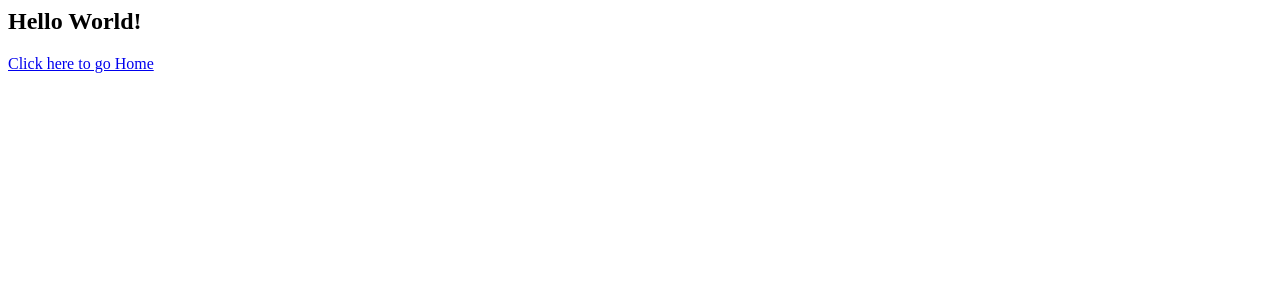
Repository: Adwait2503/Java-Codes
Page: http://localhost/springmvc/
These files come from the project's save history. The page is drawn as it stood at one moment and after the next save; the edit follows.
The browser window is 1280 px wide. The pictures show the whole page.
The page is served by Tomcat 9.

Above is the page before, as saved 2022-01-06 07:31:03.

After the next save:
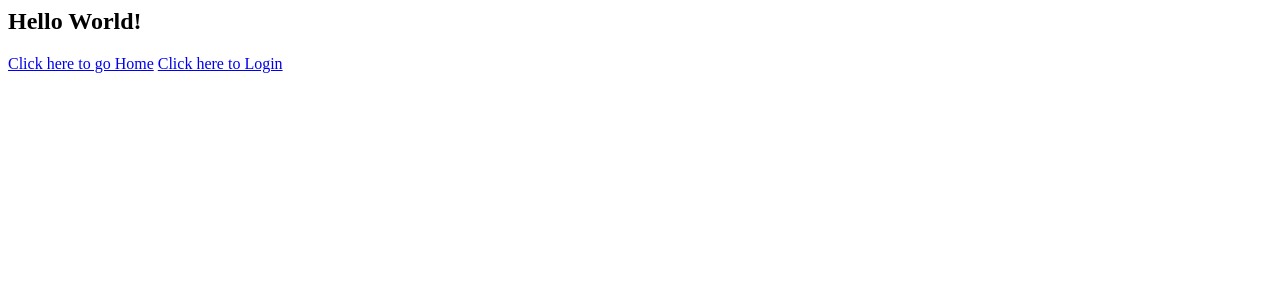
Saved 99 min 4 s later.
--- a/springmvc/src/main/webapp/index.jsp
+++ b/springmvc/src/main/webapp/index.jsp
@@ -2,5 +2,6 @@
 <body>
 	<h2>Hello World!</h2>
 	<a href="./spider">Click here to go Home</a>
+	<a href="./login">Click here to Login</a>
 </body>
 </html>
